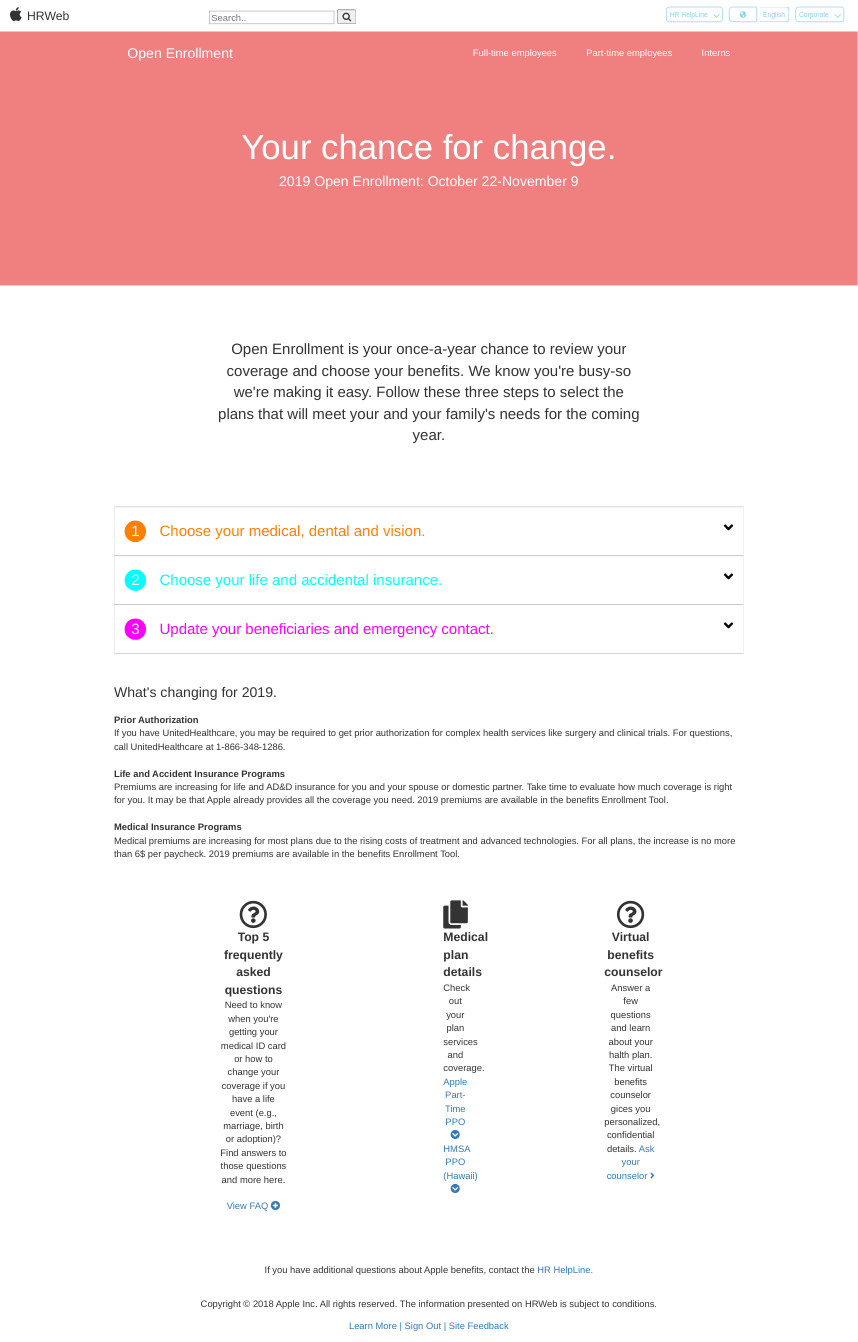
Repository: rmcc0724/templates
Page: index.html
The author's editor kept a record of every edit. The page is drawn from the files as they stood at one moment, then again after the next edit.
The browser window is 1280 px wide. The pictures show the whole page, at 67% of full size.
Some web libraries are served in a nearby version.

Above is the page before.

### index.html
<!DOCTYPE html>
<html lang="en">

<head>
  <meta name="viewport" content="width=device-width, initial-scale=1" <title>
  </title>
  <link rel="stylesheet" href="https://use.fontawesome.com/releases/v5.5.0/css/all.css" integrity="sha384-B4dIYHKNBt8Bc12p+WXckhzcICo0wtJAoU8YZTY5qE0Id1GSseTk6S+L3BlXeVIU" crossorigin="anonymous">
  <link rel="stylesheet" href="https://maxcdn.bootstrapcdn.com/bootstrap/3.3.7/css/bootstrap.min.css">
  <link rel="stylesheet" href="https://cdnjs.cloudflare.com/ajax/libs/font-awesome/4.7.0/css/font-awesome.min.css">
  <script src="https://ajax.googleapis.com/ajax/libs/jquery/3.3.1/jquery.min.js"></script>
  <script src="https://maxcdn.bootstrapcdn.com/bootstrap/3.3.7/js/bootstrap.min.js"></script>
  <script src="https://cdnjs.cloudflare.com/ajax/libs/popper.js/1.14.5/umd/popper.min.js"></script>
  <link rel="stylesheet" href="css/normalize.css">
  <link rel="stylesheet" href="css/style.css">
  <link rel="stylesheet" href="css/responsive.css">
</head>

<body>

  <div id="top-items">
    <p><i class="fab fa-apple fa-x3"></i>HRWeb</p>
    <div class="searchForm example">
      <input type="text" placeholder="Search.." name="search">
      <button type="submit"><i class="fa fa-search"></i></button>
    </div>

    <div class="dropdownItems">
      <div class="dropdown">
        <button class="dropbtn">HR HelpLine<i class="arrow down"></i></button>
        <div id="myDropdown" class="dropdown-content">
          <a href="#hrhelpline">1800-HR</a>
        </div>
      </div>
      <div class="dropdown earth">
        <button class="dropbtn"><i class="fas fa-globe-americas"></i></button>
        <div id="myDropdown" class="dropdown-content">
        </div>
      </div>
      <div class="dropdown">
        <button class="dropbtn eng">English</button>
        <div id="myDropdown" class="dropdown-content">
          <a href="#hrhelpline">English</a>
        </div>
      </div>


      <div class="dropdown">
        <button class="dropbtn">Corporate<i class="arrow down"></i></button>
        <div id="myDropdown" class="dropdown-content">
          <a href="#hrhelpline">Corporate</a>

        </div>
      </div>


    </div>


  </div>

  <header>
    <div class="nav-links">
      <h3>Open Enrollment</h3>
      <nav>
        <ul>
          <li><a href="#">Full-time employees</a></li>
          <li><a href="#">Part-time employees</a></li>
          <li><a href="#">Interns</a></li>
        </ul>
      </nav>
    </div>
    <div class="change">
      <h1 class="text-center">Your chance for change.</h1>
      <h4 class="text-center">2019 Open Enrollment: October 22-November 9</h4>
    </div>


  </header>
  <div class="container">
    <div class="chance">

      <p>Open Enrollment is your once-a-year chance to review your coverage and choose your benefits. We know you're busy-so we're making it easy. Follow these three steps to select the plans that will meet your and your family's needs for the coming year.</p>

      <!----Here I used the bootstrap accordion function -->

      <div class="panel-group" id="accordion">
        <div class="panel panel-default panel_1">
          <div class="panel-heading">
            <h4 class="panel-title">
              <a data-toggle="collapse" data-parent="#accordion" href="#collapse1"><span class="nums num1">1 </span><span>Choose your medical, dental and vision.</span><i class="fas fa-angle-down"></i></a>
            </h4>
          </div>
          <div id="collapse1" class="panel-collapse collapse">
            <div class="panel-body">Medical, dental, and vision info here.</div>
          </div>
        </div>
        <div class="panel panel-default panel_2">
          <div class="panel-heading">
            <h4 class="panel-title">
              <a data-toggle="collapse" data-parent="#accordion" href="#collapse2"><span class="nums num2">2 </span><span>Choose your life and accidental insurance.</span><i class="fas fa-angle-down"></i></a>
            </h4>
          </div>
          <div id="collapse2" class="panel-collapse collapse">
            <div class="panel-body">Life and accidental insurance info here.</div>
          </div>
        </div>
        <div class="panel panel-default panel_3">
          <div class="panel-heading">
            <h4 class="panel-title">
              <a data-toggle="collapse" data-parent="#accordion" href="#collapse3"><span class="nums num3">3 </span><span>Update your beneficiaries and emergency contact.</span><i class="fas fa-angle-down"></i></a>
            </h4>
          </div>
          <div id="collapse3" class="panel-collapse collapse">
            <div class="panel-body">Beneficiaries and emergency contact info here.</div>
          </div>
        </div>
      </div>
    </div>
    <div class="changing">
      <h3>What's changing for 2019.</h3>
      <p><strong>Prior Authorization</strong><br/> If you have UnitedHealthcare, you may be required to get prior authorization for complex health services like surgery and clinical trials. For questions, call UnitedHealthcare at 1-866-348-1286.</p>

      <p><strong>Life and Accident Insurance Programs</strong><br/> Premiums are increasing for life and AD&D insurance for you and your spouse or domestic partner. Take time to evaluate how much coverage is right for you. It may be that Apple already provides
        all the coverage you need. 2019 premiums are available in the benefits Enrollment Tool.</p>

      <p><strong>Medical Insurance Programs</strong><br/> Medical premiums are increasing for most plans due to the rising costs of treatment and advanced technologies. For all plans, the increase is no more than 6$ per paycheck. 2019 premiums are available
        in the benefits Enrollment Tool.
      </p>
    </div>





    <div class="bottom">

      <div class="faq">
        <p><i class="far fa-question-circle fa-3x"></i></p>
        <p class=bottom-title><strong>Top 5 frequently<br />asked questions</strong></p>
          <p>Need to know when you're getting your medical ID card or how to change your coverage if you have a life event (e.g., marriage, birth or adoption)? Find answers to those questions and more here.
          <br/><br/>
          <a href="#">View FAQ <i class="fas fa-plus-circle "></i></a>
        </p>
      </div>
      <div class="faq">
        <p><i class="fas fa-copy fa-3x"></i></p>
        <p class=bottom-title><strong>Medical plan <br/>details</strong></p>
        <p>Check out your plan services and coverage.
        <a href="#">Apple Part-Time PPO <i class="fas fa-chevron-circle-down"></i></a><br>
        <a href="#">HMSA PPO (Hawaii) <i class="fas fa-chevron-circle-down"></i></a>
        </p>
      </div>

      <div class="faq">
        <p><i class="far fa-question-circle fa-3x"></i></p>
        <p class=bottom-title> <strong>Virtual benefits<br/>counselor</strong></p>
        <p>Answer a few questions and learn about your halth plan. The virtual benefits counselor gices you personalized, confidential details.
          <a href="#">Ask your counselor <i class="fas fa-angle-right"></i></a>
        </p>
      </div>



    </div>



    <footer>
      <p class="text-center questions">If you have additional questions about Apple benefits, contact the <a ref="#">HR HelpLine.</a></p>
      <p>Copyright &#169; 2018 Apple Inc. All rights reserved. The information presented on HRWeb is subject to conditions.</p>
      <ul>
        <li><a href="#">Learn More |</a></li>
        <li><a href="#"> Sign Out |</a></li>
        <li><a href="#"> Site Feedback</a></li>
      </ul>
    </footer>
  </div>
</body>



</html>

### css/style.css
body {
    margin: 0 auto;
}

a:hover {
    text-decoration: none;
}

.container {
    max-width: 970px;
    padding-top: 0px;
}

/************************************************/

/*    Header:       */

/************************************************/

header {
    background-color: lightcoral;
    padding-top: 10px;
    padding-bottom: 15px;
}

nav ul li {
    display: block;
}


h3 {
    margin: 10px 0 20px;
    font-size: 1.5em;
}

h4 {
    font-size: 1em;
    margin: 1em 0;
}

#top-items,
#top,
ul {
    text-align: center;
}

ul li {
    list-style: none;
}


ul {
    padding-left: 0 !important;
}

h1 {
    font-size: 1.9em;
}


.nav-links h3,
.nav-links nav a {
    color: #fff;
}

header,
.nav-links nav a {
    color: white;
    margin-top: 15px;
}

#top-items p {
    margin: 15px 0 10px;
    font-size: 20pt;
}




.example input {
    border-style: solid;
    border-width: 1pt;
    border-color: #afafaf;
}



.changing {
    margin-top: 25px;
}

.dropdown {
    float: right;
    position: relative;
    display: inline-block;
}

.dropdown a:hover {
    background-color: #ddd;
}

.show {
    display: block;
}


.dropdown.earth button {
    margin-right: 0;
    border-bottom-right-radius: 0;
    border-top-right-radius: 0;
}

.dropbtn i.fas.fa-globe-americas {
    border: none;
    display: inline-block;
    padding: 0;
    margin-right: 10px;
}

.dropbtn.eng {
    border-bottom-left-radius: 0;
    border-top-left-radius: 0;
    border-left: 0;
}


.example button {
    vertical-align: baseline;
}



.searchForm {
    display: inline;
}


.change h4 {
    margin: 5px 15px;
}

.change h1 {
    margin: 10px 15px;
}

i.fab.fa-apple {
    margin-right: 8px;
    font-size: 1.3em;
}

/************************************************/

/*    Body:       */

/************************************************/

.chance {
    margin: 0 auto;
    margin-top: 15px;
}


.chance p {
    text-align: center;
    max-width: 700px;
    margin: 0px auto 15px;
}

.dropdown {
    float: initial;
    position: relative;
    display: inline-block;
}


.dropbtn {
    background-color: #fff;
    color: skyblue;
    padding: 5px;
    font-size: 10px;
    border: none;
    cursor: pointer;
    border-style: solid;
    border-radius: 5px;
    border-width: thin;
    margin-top: 15px;
}

.dropbtn:hover,
.dropbtn:focus {
    background-color: #fff;
}



.dropdown-content {
    display: none;
    position: absolute;
    background-color: #f1f1f1;
    min-width: 160px;
    overflow: auto;
    box-shadow: 0px 8px 16px 0px rgba(0, 0, 0, 0.2);
    right: 0;
    z-index: 1;
}

.dropdown-content a {
    color: black;
    padding: 12px 16px;
    text-decoration: none;
    display: block;
}

.dropdown i {
    border: solid skyblue;
    border-width: 0 1px 1px 0;
    display: inline-block;
    padding: 3px;
    margin-left: 10px;
}

.right {
    transform: rotate(-45deg);
    -webkit-transform: rotate(-45deg);
}

.left {
    transform: rotate(135deg);
    -webkit-transform: rotate(135deg);
}

.up {
    transform: rotate(-135deg);
    -webkit-transform: rotate(-135deg);
}

.down {
    transform: rotate(45deg);
    -webkit-transform: rotate(45deg);
}

.bottom {
    display: block;
    margin: 25px 0 35px;
}


.bottom strong {
    font-size: 1.3em;
}


.bottom p,
.text-center.questions {
    margin-bottom: 0;
    text-align: center;
}

.bottom-desk,
i.fas.fa-angle-down {
    display: none;
}

.bottom-mobile {
display: block;
}


.fas.fa-globe-americas {
    border: solid white;
    border-width: 0 1px 1px 0;
    display: inline-block;
    margin-right: 10px;
}

.panel-title a,
.panel-title a:hover {
    text-decoration: none;
}

.panel-title {
    font-size: .9em;
}


#accordion i.fas.fa-chevron-circle-down {
    display: none;
}

.nums {
    margin-right: 5px;
}

#accordion {
    margin: 0 auto;
}


.faq {
    margin-bottom: 20px;
    padding: 0 30px;
}

p.text-center.questions {
    margin-bottom: 30px;
}

p.bottom-link {
    margin-top: 10px;
}

/************************************************/

/*    Footer:       */

/************************************************/

footer li {
    display: inline-block;
}

footer p,
header h3 {
    text-align: center;
}


footer {
    margin-top: 0px;
}

### css/responsive.css
/************************************************/

/*    Header:       */

/************************************************/

@media screen and (min-width: 768px) {
    nav ul li {
        display: inline;
    }

    nav ul {
        float: right;
    }

    header {
        margin-top: 0;
        background-color: lightcoral;
        padding-top: 20px;
        padding-bottom: 140px;
    }

    header ul li {
        margin-left: 40px;
    }

    header h3,
    nav {
        display: inline;
    }


    h1 {
        font-size: 2.7em;
    }

    .nav-links {
        max-width: 940px;
        margin: 0 auto;
        padding: 0 20px;
    }

    #top-items {
        text-align: initial;
        padding: 10px 15px;
    }


    #top-items p,
    #top-items .example {
        display: inline-block;
    }

    .change {
        padding-top: 90px;
    }
    .dropdownItems {
        float: right;
    }

    #top-items p {
        margin: 0px;
        font-size: 1.3em;
    }


    .searchForm.example {
        text-align: right;
        width: 30%;
        margin-left: 4%;
        /* margin-bottom: 5px; */
    }

    .nav-links ul {
        margin: 1px 0 0;
    }

    .dropbtn {
        margin-top: 0px;
    }

    /************************************************/
    /*    Body:       */
    /************************************************/
    .dropdown {
        position: relative;
        display: inline-block;
    }

    .bottom p {
        width: 28.33%;
        margin: 0 auto;
    }


    .bottom {
        margin: 40px 0 55px;
        display: -webkit-inline-flex;
    }

    .bottom-desk {

        display: -webkit-inline-flex;
        display: none;
    }

    .bottom-mobile {
        display: -webkit-inline-flex;
    }

    button.dropbtn {
        margin-right: 5px;
    }


    .chance p {
        margin: 0px auto 90px;
        text-align: center;
        font-size: 1.6em;
        max-width: 635px;
    }
    .chance {
        margin: 0 auto;
        margin-top: 80px;
    }

    h4 {
        font-size: 1.5em;
    }

    .changing {
        margin-top: 45px;
    }
    .changing p {
        margin: 0 0 20px;
    }


    .panel-heading {
        padding: 20px 15px;
        border-bottom: 1px solid transparent;
        border-top-left-radius: 3px;
        border-top-right-radius: 3px;
    }

    .panel-default>.panel-heading {
        background-color: #fff;
    }

    .panel-default {
        border-color: #fff;
    }

    .panel {
        margin-bottom: 20px;
        background-color: #c3c3c3;
        border: 1px solid transparent;
        -webkit-box-shadow: 0 1px 1px rgba(0, 0, 0, .05);
        box-shadow: 0 0px 0px rgba(0, 0, 0, .05);
        border-left-color: #fff;
        border-right-color: #fff;
        border-bottom-left-radius: 0 !important;
        border-top-left-radius: 0 !important;
        border-bottom-right-radius: 0 !important;
        border-top-right-radius: 0 !important;
    }
    .panel-title {
        margin-top: 0;
        margin-bottom: 0;
        font-size: 1.6em;
        color: #fff;
    }
    .panel-group .panel-heading+.panel-collapse>.list-group,
    .panel-group .panel-heading+.panel-collapse>.panel-body {
        border-top: 0px solid #ddd;
    }


    .panel-default>.panel-heading {
        color: #333;
        border-color: #ddd;
        border-bottom-left-radius: 0 !important;
        border-top-left-radius: 0 !important;
        border-bottom-right-radius: 0 !important;
        border-top-right-radius: 0 !important;
    }

    .panel-group .panel+.panel {
        margin-top: -1px;
    }

    .panel-collapse {
        background-color: #fff;
    }
    .nums {
        height: 32px;
        width: 32px;
        border-radius: 50%;
        display: inline-block;
        padding-left: 10px;
        padding-top: 3.5px;
        color: #fff;
        margin-right: 20px;
    }

    .num1 {
        background-color: #ff8000;
    }

    .num2 {
        background-color: #00ffff;
    }

    .num3 {
        background-color: #ff00ff;
    }

    .panel_1 h4 {
        color: #ff8000;
    }

    .panel_2 h4 {
        color: #00ffff;
    }

    .panel_3 h4 {
        color: #ff00ff;
    }

    #accordion i.fas.fa-chevron-circle-down {
        display: inline;
        float: right;
    }

    i.fas.fa-angle-down {
        float: right;
        color: #000;
    }

    i.fas.fa-angle-down {
        display: -webkit-inline-box;
    }

}

@media screen and (min-width: 950px) {
    h1 {
        font-size: 3.7em;
    }
}

Loaded but not shown: css/normalize.css (library)

After the next edit:
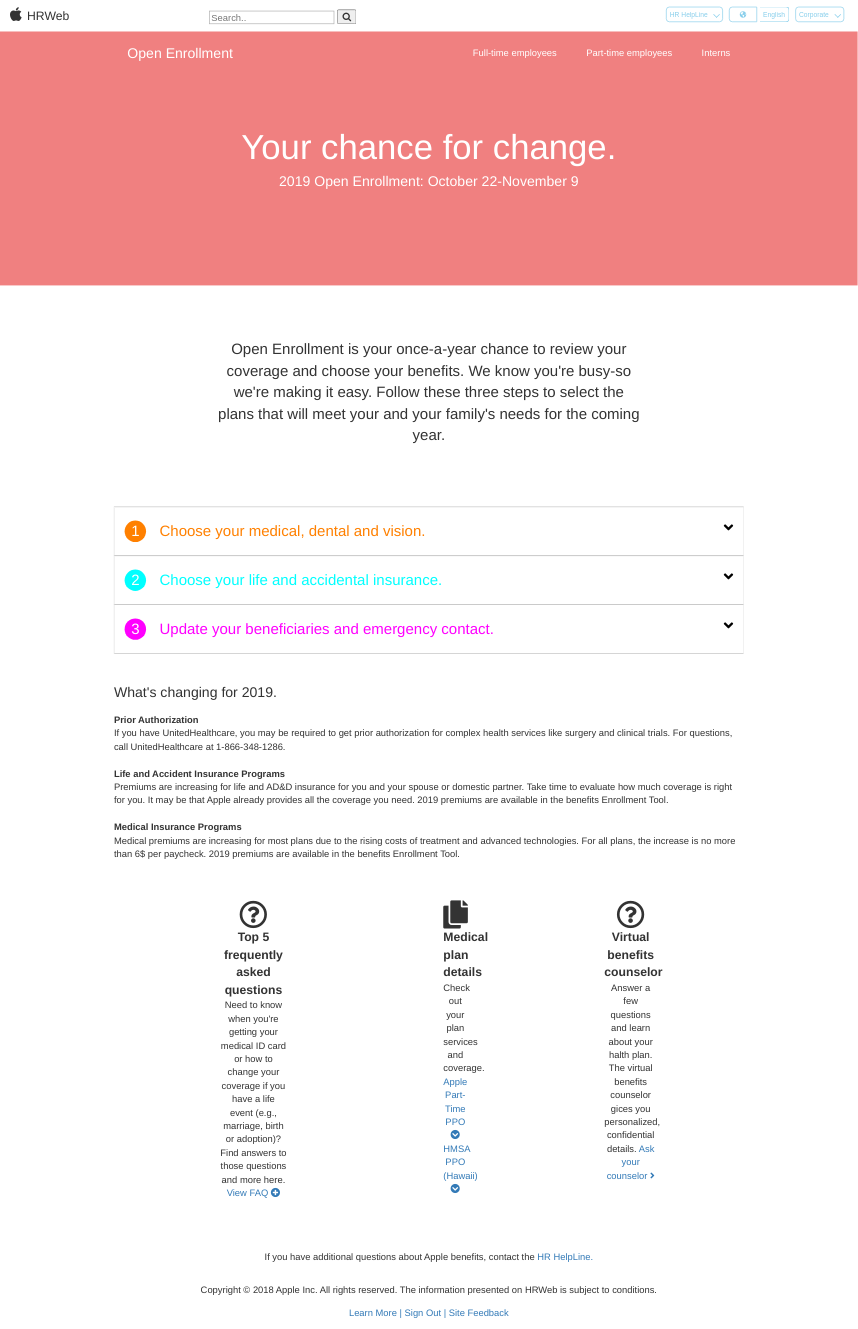
The edit:
--- a/index.html
+++ b/index.html
@@ -137,8 +137,7 @@
       <div class="faq">
         <p><i class="far fa-question-circle fa-3x"></i></p>
         <p class=bottom-title><strong>Top 5 frequently<br />asked questions</strong></p>
-          <p>Need to know when you're getting your medical ID card or how to change your coverage if you have a life event (e.g., marriage, birth or adoption)? Find answers to those questions and more here.
-          <br/><br/>
+          <p>Need to know when you're getting your medical ID card or how to change your coverage if you have a life event (e.g., marriage, birth or adoption)? Find answers to those questions and more here.<br/>
           <a href="#">View FAQ <i class="fas fa-plus-circle "></i></a>
         </p>
       </div>
